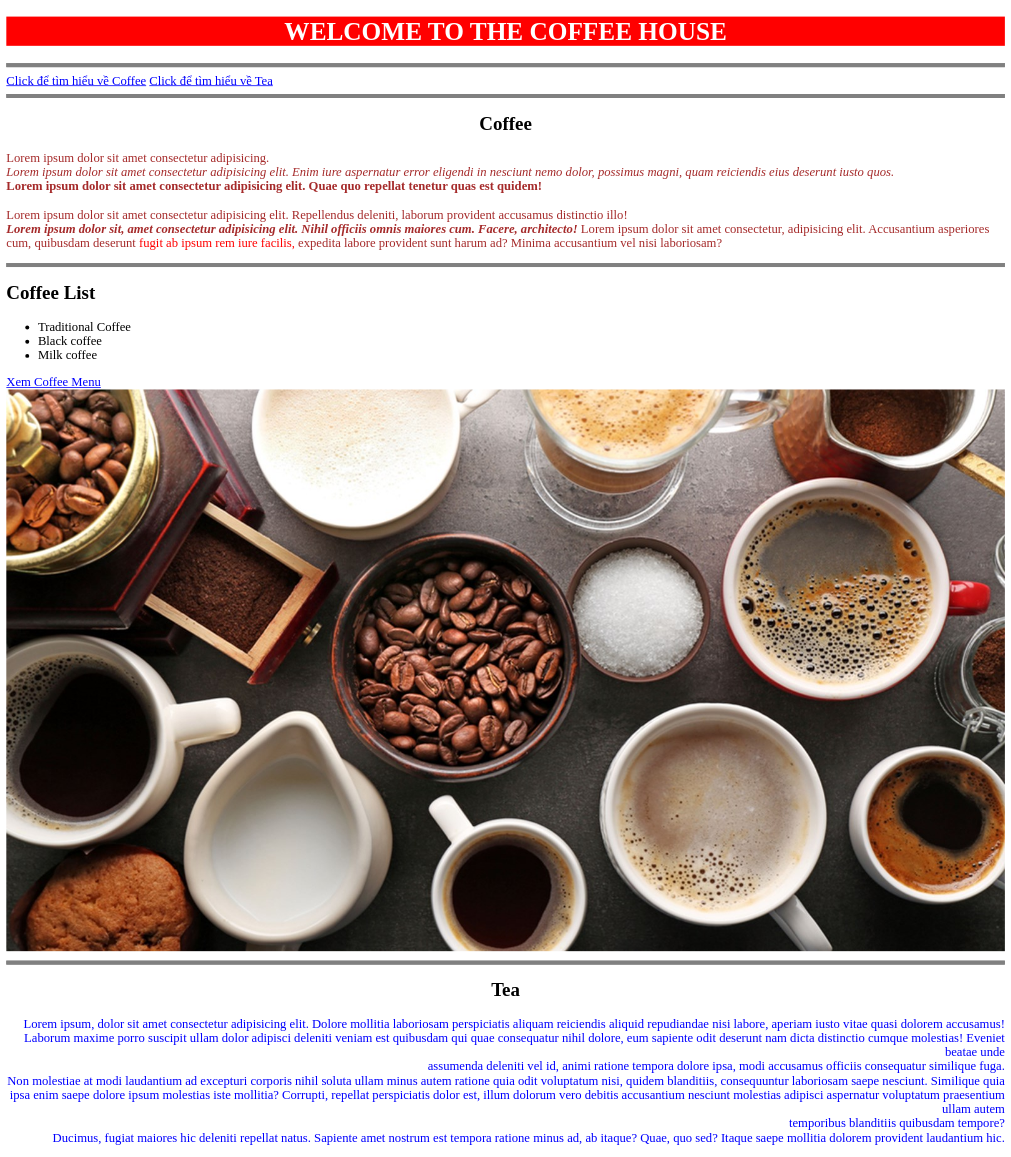
Repository: giahuy405/HomeWork_Coffee
Page: index.html
The author's editor kept a copy of each file at every save. The page is drawn from the files as they stood at one save, then again after the next save.
The browser window is 1280 px wide. The pictures show the whole page, at 79% of full size.

Above is the page before, as saved 2022-09-07 01:23:54.

### index.html
<!DOCTYPE html>
<html lang="en">
<head>
    <meta charset="UTF-8">
    <meta http-equiv="X-UA-Compatible" content="IE=edge">
    <meta name="viewport" content="width=device-width, initial-scale=1.0">
    <title>Document</title>
    <link rel="stylesheet" href="./css/index.css">
</head>
<body>
    <header>
        <h1 style="background-color: red;text-align:center;color:white">WELCOME TO THE COFFEE HOUSE</h1>
        <hr size="5px" noshade>
        <nav>
            <a style="color: blue;" href="#">Click để tìm hiểu về Coffee</a>
            <a style="color: blue;" href="#">Click để tìm hiểu về Tea</a>
        </nav>
        <hr size="5px" noshade>
    </header>

    <div style="color: brown;" class="coffee-intro">
        <h2   style="text-align: center;color: black;">Coffee</h2>
        <p>Lorem ipsum dolor sit amet consectetur adipisicing.
            <br>
            <i>Lorem ipsum dolor sit amet consectetur adipisicing elit. Enim iure aspernatur error eligendi in nesciunt nemo dolor, possimus magni, quam reiciendis eius deserunt iusto quos.</i>
            <br>
            <b>Lorem ipsum dolor sit amet consectetur adipisicing elit. Quae quo repellat tenetur quas est quidem!</b>
            <br><br>
            Lorem ipsum dolor sit amet consectetur adipisicing elit. Repellendus deleniti, laborum provident accusamus distinctio illo! <br>
            <b><i>Lorem ipsum dolor sit, amet consectetur adipisicing elit. Nihil officiis omnis maiores cum. Facere, architecto!</i></b>
            Lorem ipsum dolor sit amet consectetur, adipisicing elit. Accusantium asperiores cum, quibusdam deserunt <span style="color: red;">fugit ab ipsum rem iure facilis,</span> expedita labore provident sunt harum ad? Minima accusantium vel nisi laboriosam?
        </p>
        <hr size="5px" noshade>
    </div>

    <div class="coffee-list">
        <h2>Coffee List</h2>
        <ul style="list-style:disc">
            <li>Traditional Coffee</li>
            <li>Black coffee</li>
            <li>Milk coffee</li>
        </ul>
    </div>
    <a style="color: blue;" href="#">Xem Coffee Menu</a>
    <img style="width:100%" src="./img/coffee.jpg" alt="">

    <hr size="5px" noshade>
    <div class="tea-intro">
        <h2 style="text-align:center">Tea</h2>
        <p style="text-align:right;color:blue">Lorem ipsum, dolor sit amet consectetur adipisicing elit. Dolore mollitia laboriosam perspiciatis aliquam reiciendis aliquid repudiandae nisi labore, aperiam iusto vitae quasi dolorem accusamus! <br>
            Laborum maxime porro suscipit ullam dolor adipisci deleniti veniam est quibusdam qui quae consequatur nihil dolore, eum sapiente odit deserunt nam dicta distinctio cumque molestias! Eveniet beatae unde
        <br>
        assumenda deleniti vel id, animi ratione tempora dolore ipsa, modi accusamus officiis consequatur similique fuga.
    <br>Non molestiae at modi laudantium ad excepturi corporis nihil soluta ullam minus autem ratione quia odit voluptatum nisi, quidem blanditiis, consequuntur laboriosam saepe nesciunt. Similique quia ipsa enim saepe dolore ipsum molestias iste mollitia? Corrupti, repellat perspiciatis dolor est, illum dolorum vero debitis accusantium nesciunt molestias adipisci aspernatur voluptatum praesentium ullam autem <br>
    temporibus blanditiis quibusdam tempore? <br>
Ducimus, fugiat maiores hic deleniti repellat natus. Sapiente amet nostrum est tempora ratione minus ad, ab itaque? Quae, quo sed? Itaque saepe mollitia dolorem provident laudantium hic.
    </p>
    </div>
</body>
</html>

Loaded but not shown: css/index.css (no stored copy; drawn as an empty file)

After the next save:
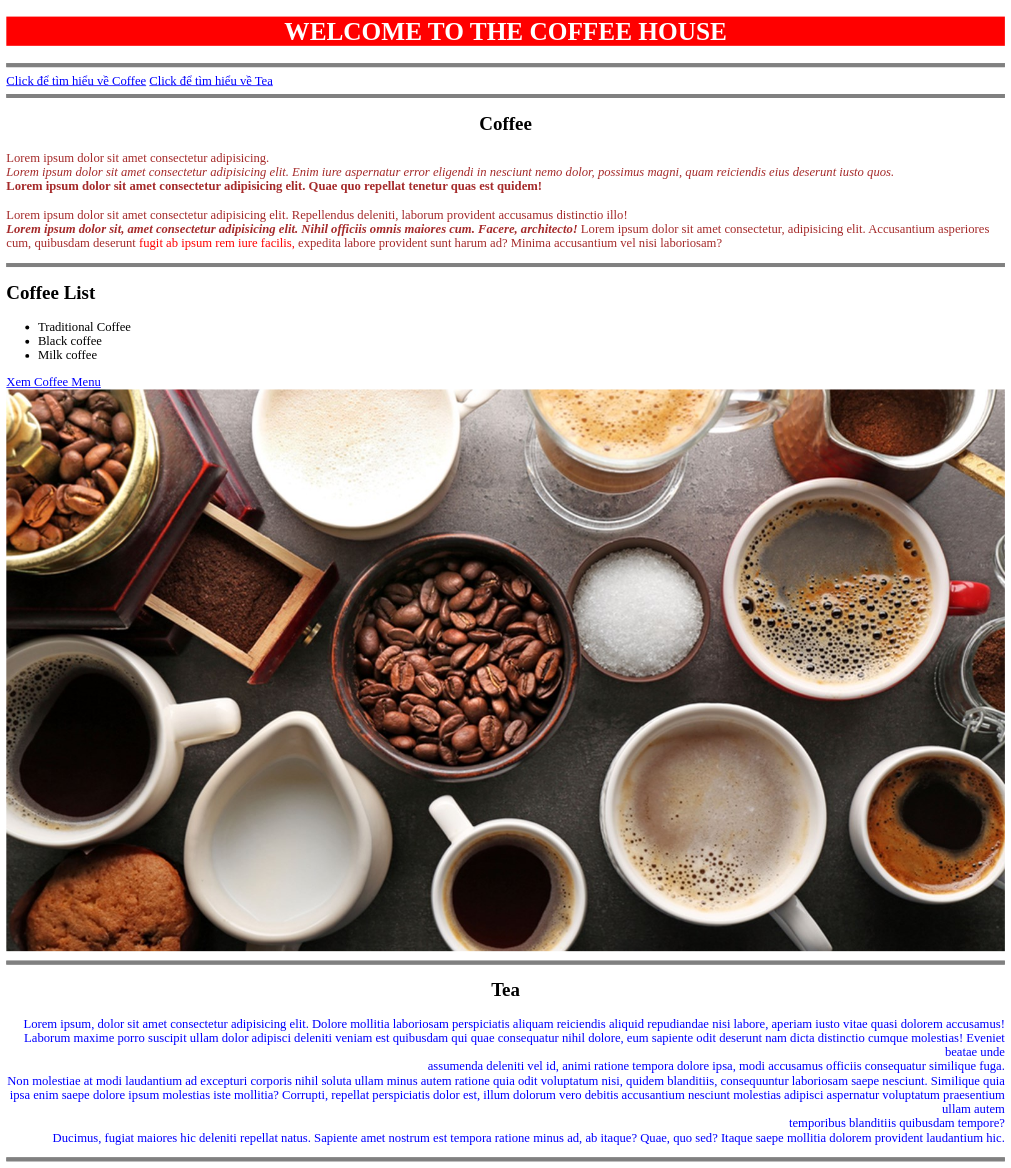
Saved 22 s later.
--- a/index.html
+++ b/index.html
@@ -55,6 +55,7 @@
     temporibus blanditiis quibusdam tempore? <br>
 Ducimus, fugiat maiores hic deleniti repellat natus. Sapiente amet nostrum est tempora ratione minus ad, ab itaque? Quae, quo sed? Itaque saepe mollitia dolorem provident laudantium hic.
     </p>
+    <hr size="5px" noshade>
     </div>
 </body>
 </html>
